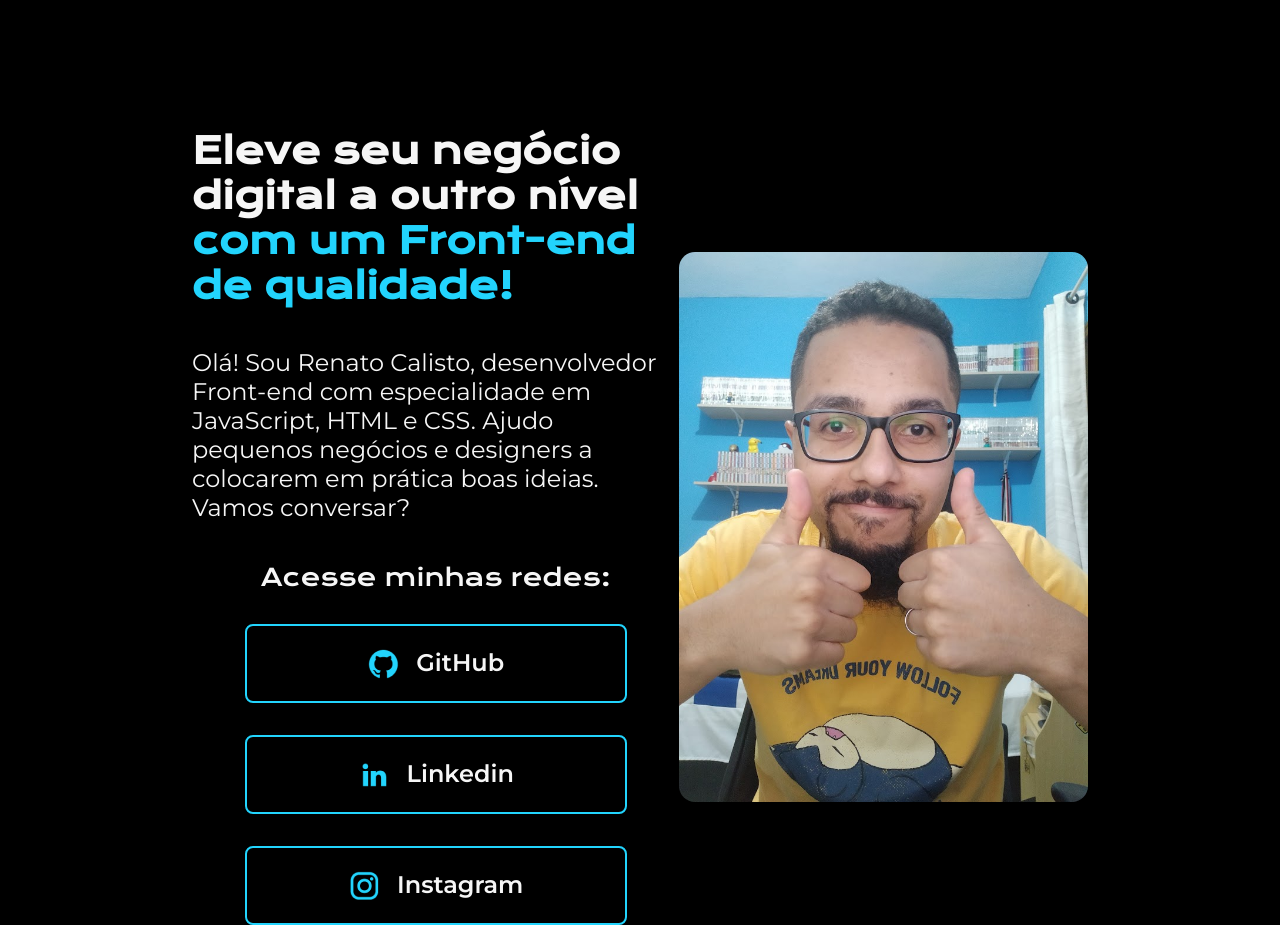
Repository: RenatoCCS/Portfolio_Alura
Page: index.html
These files come from the project's save history. The page is drawn as it stood at one moment and after the next save; the edit follows.
The browser window is 1280 px wide. The pictures show the whole page.

Above is the page before, as saved 2023-02-28 20:30:16.

### index.html
<!DOCTYPE html>
<html lang="pt-br">
  <head>
    <meta charset="UTF-8" />
    <meta http-equiv="X-UA-Compatible" content="IE=edge" />
    <meta name="viewport" content="width=device-width, initial-scale=1.0" />
    <title>Portfolio</title>
    <link rel="stylesheet" href="style.css" />
  </head>
  <body>
    <header></header>
    <main class="apresentacao">
      <section class="apresentacao__conteudo">
        <h1 class="apresentacao__conteudo__titulo">
          Eleve seu negócio digital a outro nível
          <strong class="titulo-destaque">
            com um Front-end de qualidade!
          </strong>
        </h1>
        <p class="apresentacao__conteudo__texto">
          Olá! Sou Renato Calisto, desenvolvedor Front-end com especialidade em
          JavaScript, HTML e CSS. Ajudo pequenos negócios e designers a
          colocarem em prática boas ideias. Vamos conversar?
        </p>
        <div class="apresentacao__links">
          <h2 class="apresentacao__links__subtitulo">Acesse minhas redes:</h2>

          <a
            class="apresentacao__links__link"
            href="https://github.com/RenatoCCS"
          >
            <img src="./assets/github.png" alt="Icone do github" />
            GitHub
          </a>

          <a
            class="apresentacao__links__link"
            href="https://www.linkedin.com/in/renatocalisto/"
          >
            <img src="./assets/linkedin.png" alt="Icone do linkedin" />
            Linkedin
          </a>

          <a
            class="apresentacao__links__link"
            href="https://www.instagram.com/reevoltz/"
          >
            <img src="./assets/instagram.png" alt="Icone do instagram" />
            Instagram
          </a>
        </div>
      </section>
      <img
        class="apresentacao__foto"
        src="./assets/renato.jpg"
        alt="Renato fazendo sinal de positivo com ambas as mãos"
      />
    </main>
    <footer></footer>
  </body>
</html>

### style.css
@import url('https://fonts.googleapis.com/css2?family=Krona+One&family=Montserrat:wght@400;600&display=swap');

* {
  margin: 0;
  padding: 0;
}

body {
  height: 100vh;
  box-sizing: border-box;
  background-color: #000000;
  color: #f6f6f6;
}

.titulo-destaque {
  color: #22d4fd;
}

.apresentacao {
  margin: 10% 15%;
  display: flex;
  align-items: center;
  justify-content: space-between;
}

.apresentacao__conteudo {
  width: 615px;
  display: flex;
  flex-direction: column;
  gap: 40px;
}

.apresentacao__conteudo__titulo {
  font-size: 36px;
  font-family: 'Krona One', sans-serif;
}

.apresentacao__conteudo__texto {
  font-size: 24px;
  font-family: 'Montserrat', sans-serif;
}

.apresentacao__links {
  display: flex;
  flex-direction: column;
  justify-content: space-between;
  align-items: center;
  gap: 32px;
}

.apresentacao__links__subtitulo {
  font-family: 'Krona One', sans-serif;
  font-weight: 400;
  font-size: 24px;
}

.apresentacao__links__link {
  /* background-color: #22d4fd; foi trocado o estilo*/
  display: flex;
  justify-content: center;
  gap: 16px;
  border: 2px solid #22d4fd;
  width: 378px;
  text-align: center;
  border-radius: 8px;
  font-size: 24px;
  font-weight: 600;
  padding: 21.5px 0;
  text-decoration: none;
  color: #f6f6f6;
  font-family: 'Montserrat', sans-serif;
}

.apresentacao__links__link:hover {
  background-color: #272727;
}

/*Utilizei minha foto e fui adaptando de acordo com o tamanho da outra foto*/
.apresentacao__foto {
  height: 550px;
  width: 490px;
  left: 1032px;
  top: 253px;
  border-radius: 16px;
}

.apresentacao__foto:hover {
  transform: scale(1.1);
}

After the next save:
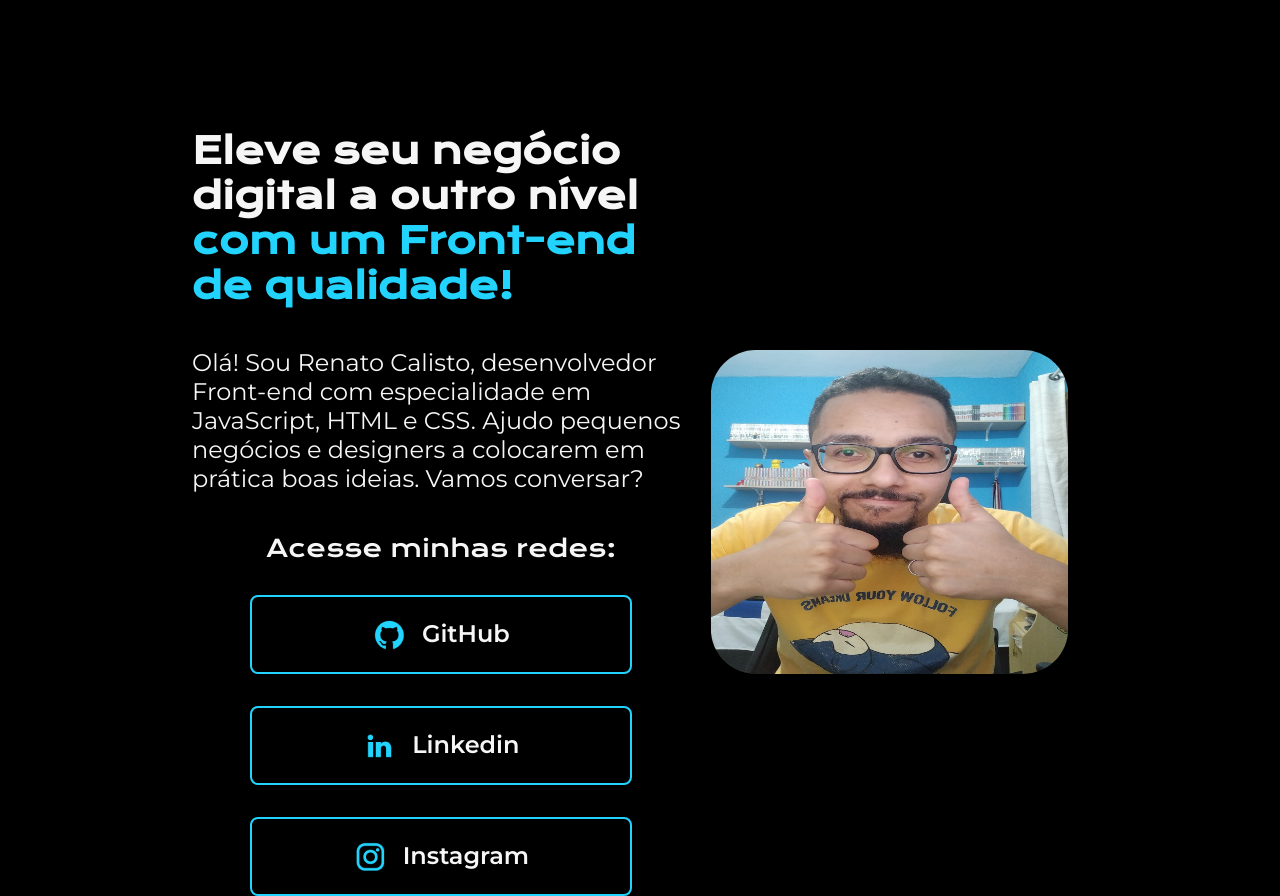
Saved 24 s later.
--- a/style.css
+++ b/style.css
@@ -87,3 +87,9 @@ body {
 .apresentacao__foto:hover {
   transform: scale(1.1);
 }
+
+.apresentacao__foto {
+  height: 50vh;
+  border-radius: 50px;
+  transform: scale(0.9);
+}

After the save that followed:
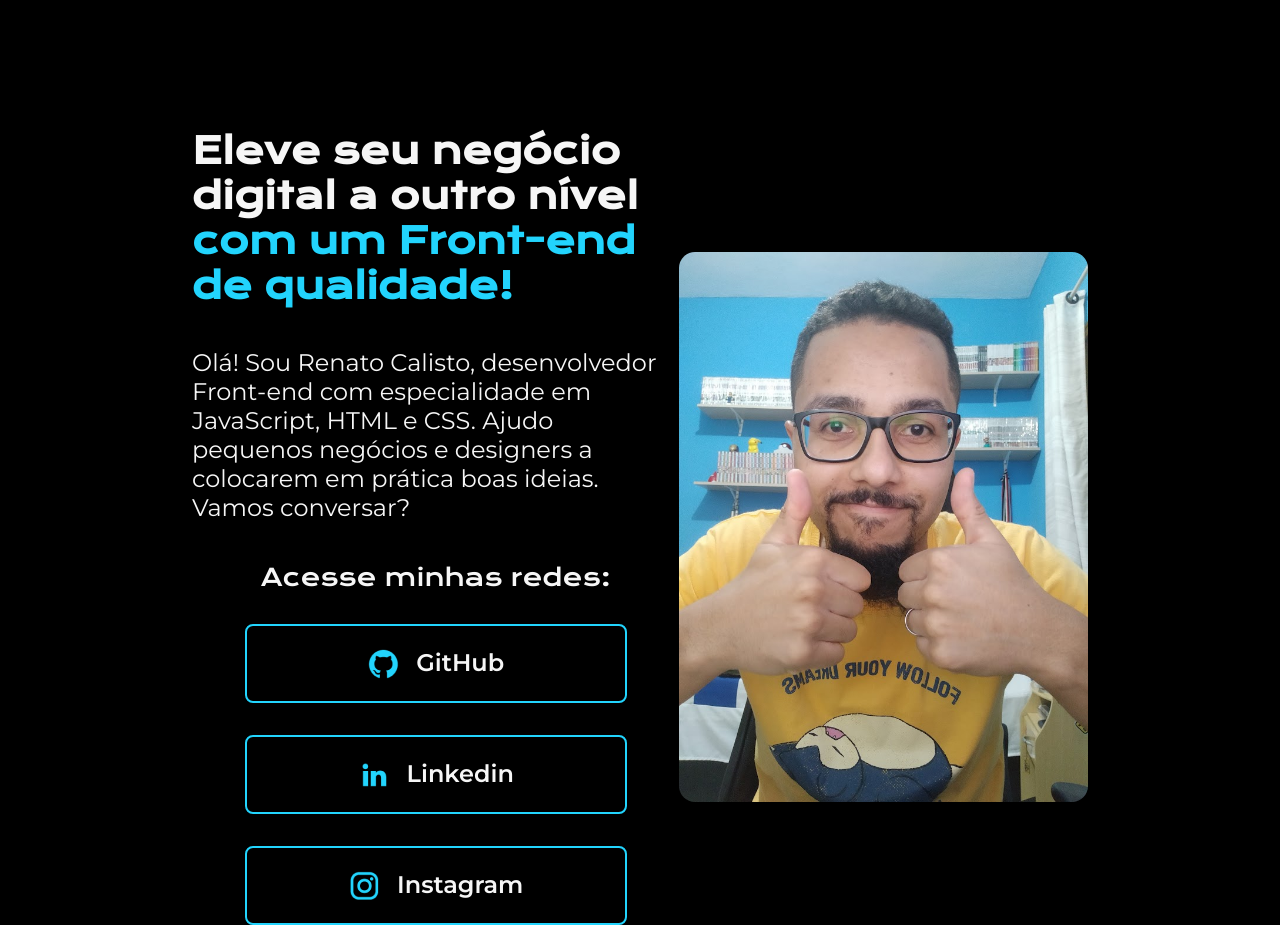
Saved 8 s later.
--- a/style.css
+++ b/style.css
@@ -83,13 +83,3 @@ body {
   top: 253px;
   border-radius: 16px;
 }
-
-.apresentacao__foto:hover {
-  transform: scale(1.1);
-}
-
-.apresentacao__foto {
-  height: 50vh;
-  border-radius: 50px;
-  transform: scale(0.9);
-}
